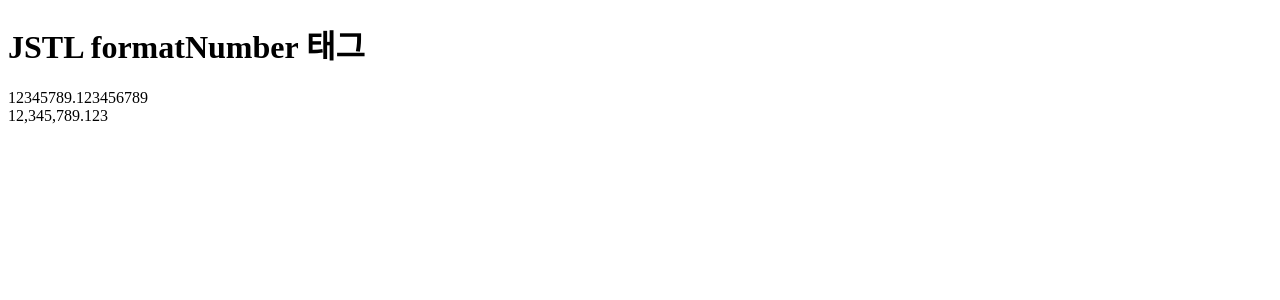
Repository: ljh5973/labweb
Page: http://localhost/JSP04/06_number.jsp
An editor plug-in stored every save of this project. The page is shown before and after the next save, followed by the edit.
The browser window is 1280 px wide. The pictures show the whole page.
The page is served by Tomcat 9. Other server files are loaded and not shown.

Above is the page before, as saved 2022-01-11 07:30:44.

### JSP04/webapp/06_number.jsp
<%@ page language="java" contentType="text/html; charset=UTF-8"
    pageEncoding="UTF-8"%>
<%@ page trimDirectiveWhitespaces="true"%>
<%@ taglib prefix="fmt" uri="http://java.sun.com/jsp/jstl/fmt"%>
<%@ taglib prefix="c" uri="http://java.sun.com/jsp/jstl/core" %>
<!DOCTYPE html>
<html>
	<head>
		<meta charset="UTF-8">
		<title>JSTL</title>
	</head>
	<body>
	<h1>JSTL formatNumber 태그</h1>


	<c:set var="number1" value="12345789.123456789"></c:set>

	${number1 }<br>
	<fmt:formatNumber value="${number1}"> </fmt:formatNumber>

	</body>
</html>

After the next save:
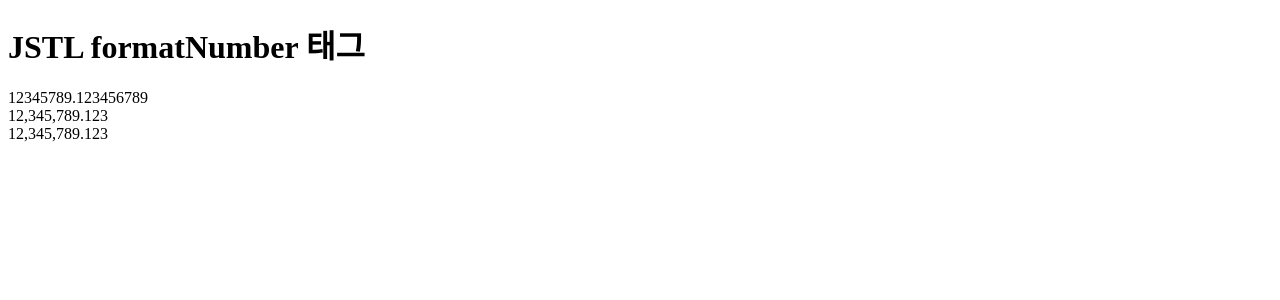
Saved 2 min 39 s later.
--- a/JSP04/webapp/06_number.jsp
+++ b/JSP04/webapp/06_number.jsp
@@ -17,6 +17,7 @@
 
 	${number1 }<br>
 	<fmt:formatNumber value="${number1}"> </fmt:formatNumber>
-
+	<br>
+	<fmt:formatNumber value="${number1 }" currencyCode="5"></fmt:formatNumber>
 	</body>
 </html>
